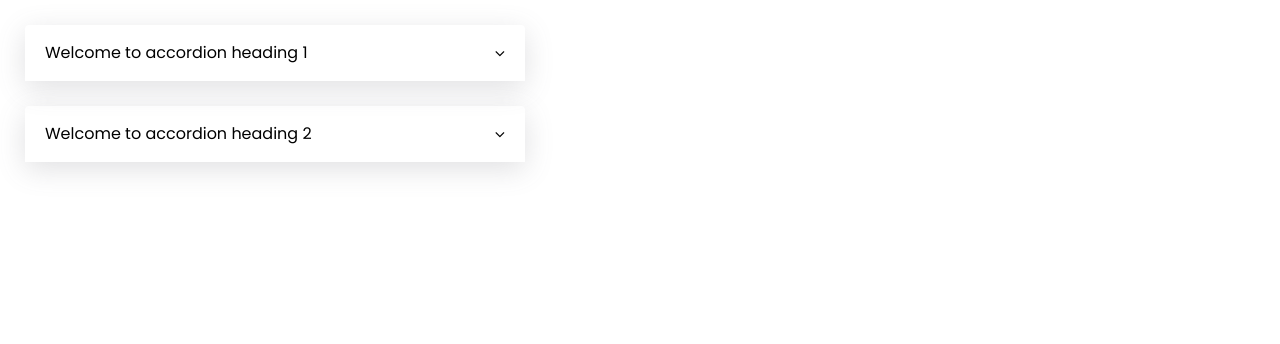
Repository: vyprodaica02/learning
Page: accordion/index.html
An editor plug-in stored every save of this project. The page is shown before and after the next save, followed by the edit.
The browser window is 1280 px wide. The pictures show the whole page.
After loading, the first visible `div.accordion-header` was clicked once.

Above is the page before, as saved 2022-03-03 22:08:30.

### accordion/index.html
<!DOCTYPE html>
<html lang="en">
  <head>
    <meta charset="UTF-8" />
    <meta http-equiv="X-UA-Compatible" content="IE=edge" />
    <title>DOM - Accordion</title>
    <link rel="preconnect" href="https://fonts.gstatic.com" />
    <link
      href="https://fonts.googleapis.com/css2?family=Poppins:wght@400;600&display=swap"
      rel="stylesheet"
    />
    <link
      rel="stylesheet"
      href="https://cdnjs.cloudflare.com/ajax/libs/font-awesome/4.7.0/css/font-awesome.min.css"
      integrity="sha512-SfTiTlX6kk+qitfevl/7LibUOeJWlt9rbyDn92a1DqWOw9vWG2MFoays0sgObmWazO5BQPiFucnnEAjpAB+/Sw=="
      crossorigin="anonymous"
    />
    <link rel="stylesheet" href="/accordion/app.css" />
  </head>
  <body>
    <div class="accordion">
      <div class="accordion-header">
        <span>Welcome to accordion heading 1</span>
        <i class="fa fa-angle-down icon"></i>
      </div>
      <div class="accordion-content">
        <div class="accordion-content-inner">
          Lorem ipsum dolor sit amet consectetur adipisicing elit. Autem placeat
          dolorem sequi, hic ea esse ducimus. Minima reprehenderit ullam,
          commodi aperiam nostrum excepturi, assumenda blanditiis enim iusto
          pariatur dignissimos atque?
        </div>
      </div>
    </div>
    <div class="accordion">
      <div class="accordion-header">
        <span>Welcome to accordion heading 2</span>
        <i class="fa fa-angle-down icon"></i>
      </div>
      <div class="accordion-content">
        <div class="accordion-content-inner">
          Lorem ipsum dolor sit amet consectetur adipisicing elit. Autem placeat
          dolorem sequi, hic ea esse ducimus. Minima reprehenderit ullam,
          commodi aperiam nostrum excepturi, assumenda blanditiis enim iusto
          pariatur dignissimos atque?
        </div>
      </div>
    </div>
    <script src="/accordion/app.js"></script>
  </body>
</html>

### accordion/app.css
html {
    box-sizing: border-box;
  }
  * {
    margin: 0;
    padding: 0;
  }
  *,
  *:before,
  *:after {
    box-sizing: border-box;
  }
  input,
  textarea,
  select,
  button {
    outline: none;
  }
  input {
    line-height: normal;
  }
  label,
  button {
    cursor: pointer;
  }
  a {
    text-decoration: none;
  }
  img {
    display: block;
    max-width: 100%;
  }
  *,
  *:before,
  *:after {
    box-sizing: border-box;
  }
  /* using rem unit */
  html {
    font-size: 62.5%;
  }
  a {
    text-decoration: none;
  }
  img {
    display: block;
    max-width: 100%;
  }
  body {
    font-family: "Poppins", sans-serif;
    font-size: 16px;
    line-height: 1;
    padding: 25px;
  }
  .accordion {
    margin-bottom: 25px;
    max-width: 500px;
  }
  .accordion-header {
    padding: 20px;
    border-radius: 4px 4px 0 0;
    cursor: pointer;
    box-shadow: rgba(100, 100, 111, 0.2) 0px 7px 29px 0px;
    display: flex;
    justify-content: space-between;
    align-items: center;
  }
  .accordion-header * {
    pointer-events: none;
  }
  .accordion-content {
    border-top: 0;
    color: #333;
    font-size: 14px;
    font-weight: 300;
    line-height: 1.6;
    background-color: white;
    height: 0;
    overflow: hidden;
    transition: all 0.25s linear;
  }
  .accordion-content-inner {
    padding: 20px;
    border: 1px solid #eee;
  }
  .accordion-content.is-active {
    height: auto;
  }

### accordion/app.js
const accordionHeaders = document.querySelectorAll('.accordion-header');
[...accordionHeaders].forEach((item)=> item.addEventListener('click',handleClickAccordion));

function handleClickAccordion(e){
    console.log(e.target)
}

After the next save:
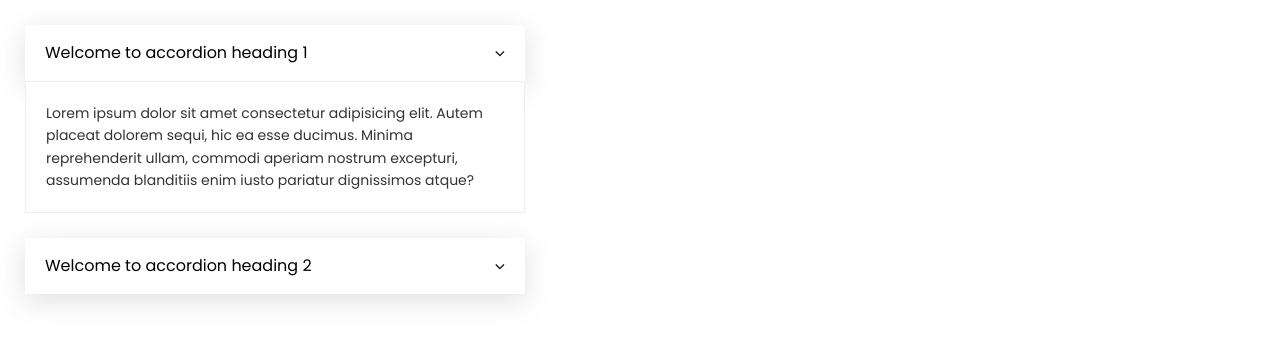
Saved 3 min 42 s later.
--- a/accordion/app.js
+++ b/accordion/app.js
@@ -2,5 +2,6 @@ const accordionHeaders = document.querySelectorAll('.accordion-header');
 [...accordionHeaders].forEach((item)=> item.addEventListener('click',handleClickAccordion));
 
 function handleClickAccordion(e){
-    console.log(e.target)
+    // console.log(e.target)
+    e.target.nextElementSibling.classList.add('is-active')
 }
